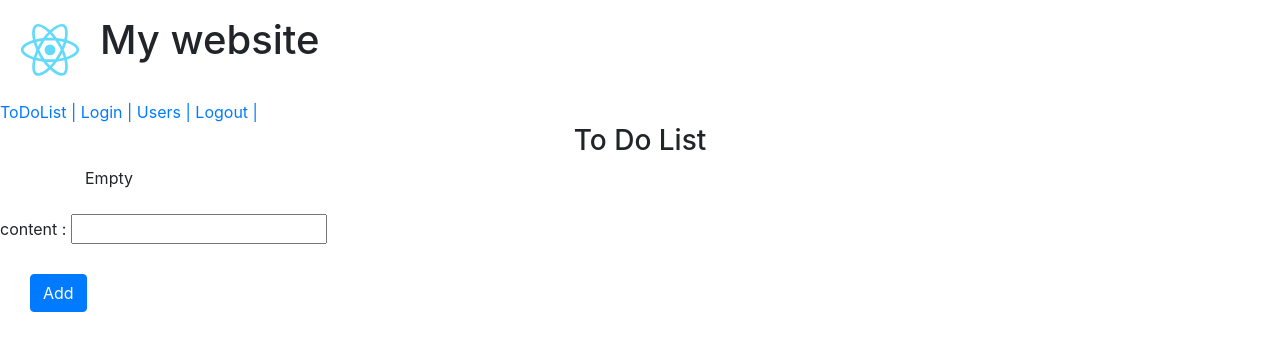
Repository: Marwa-Medhat/ReactJS-Labs
Page: /todolist (app in myapp/)
These files come from the project's save history. The page is drawn as it stood at one moment and after the next save; the edit follows.
The browser window is 1280 px wide. The pictures show the whole page.
The project was rebuilt for these pictures with package versions that can differ from the ones it lists, and the page was loaded fresh each time.

Above is the page before, as saved 2021-04-30 00:26:50.

After the next save:
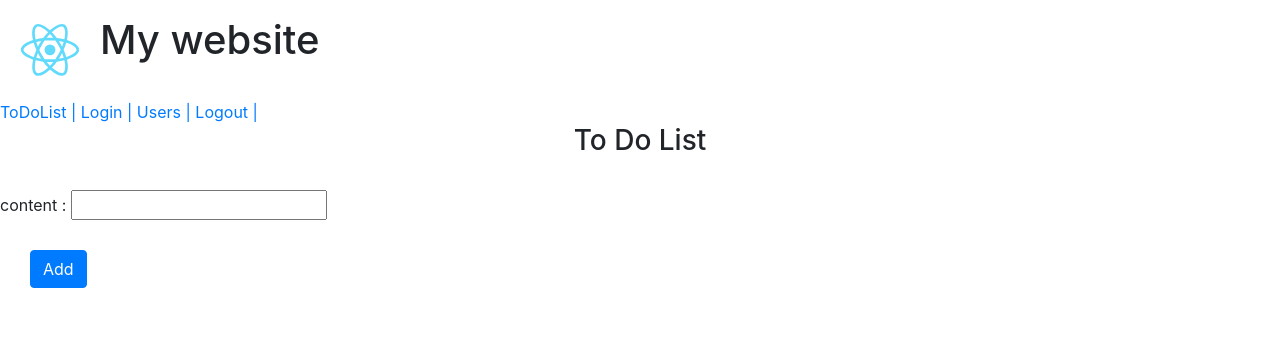
Saved 50 s later.
--- a/myapp/src/todo.js
+++ b/myapp/src/todo.js
@@ -265,12 +265,12 @@ class DisplayTasks extends React.Component{
     render(){
             let btn_class = this.props.mark ? "blackButton" : "whiteButton";
         return <div class="list-group ">
-            {this.props.contents.length > 0 ?this.props.contents.map((item,index)=>{
+            {this.props.contents.map((item,index)=>{
              <div className={" list-group-item list-group-item-action "+btn_class} style={{display: 'inline-block'}} >
        <a style={{width:600 ,fontWeight:'bolder',marginRight:50,}}>{item}
        <button  onClick={()=>{this.props.markContent(index)}} className="btn btn-success " style={{ marginLeft: 400,marginRight: 10 ,paddingRight:10}}><i className="fa fa-check "></i></button>
        <button onClick={()=>{this.props.deleteContent(index)}}  className="btn btn-danger" ><i className="fa fa-times btn-danger" ></i></button></a>
-           </div> }):"Empty"}
+           </div> })}
         </div>
     }
 }
